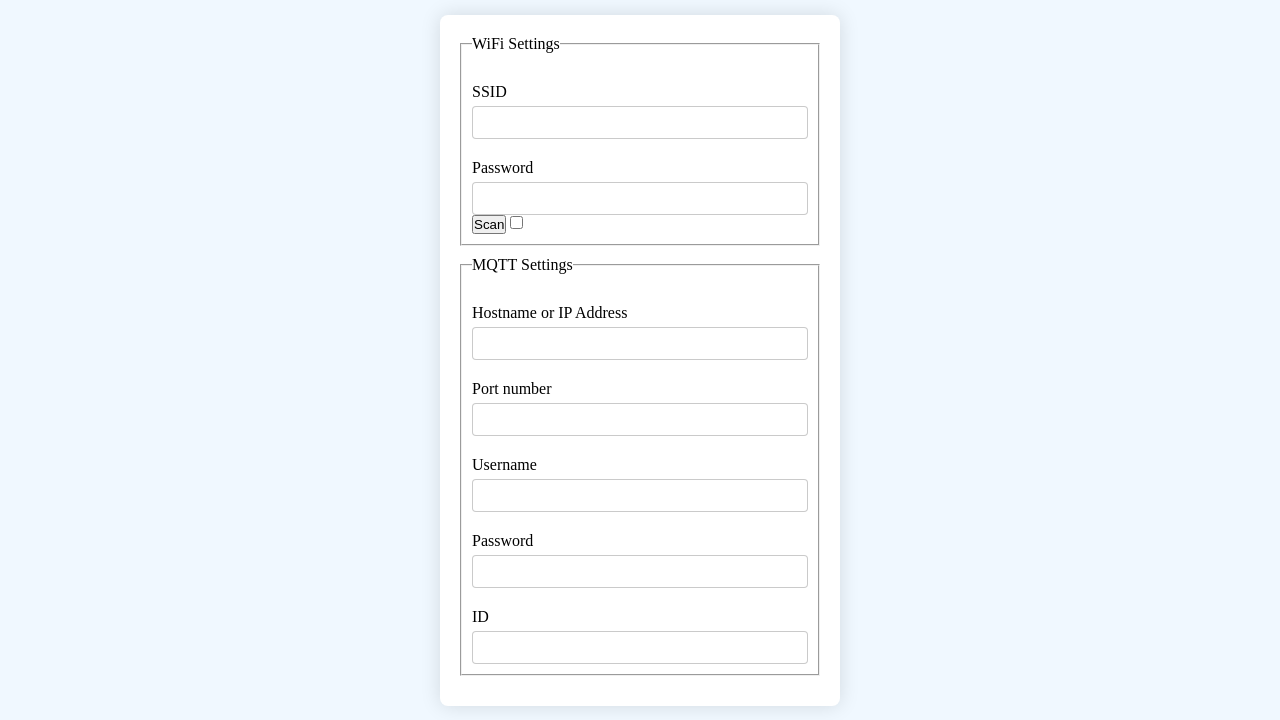
Repository: alex-dow/psikon-weather-station
Page: / (app in webapp/)
An editor plug-in stored every save of this project. The page is shown before and after the next save, followed by the edit.
The browser window is 1280 px wide. The pictures show the whole page.
The project was rebuilt for these pictures with package versions that can differ from the ones it lists, and the page was loaded fresh each time. Also part of the build but not shown: webapp/src/Loader.svelte.

Above is the page before, as saved 2021-12-10 17:23:30.

After the next save:
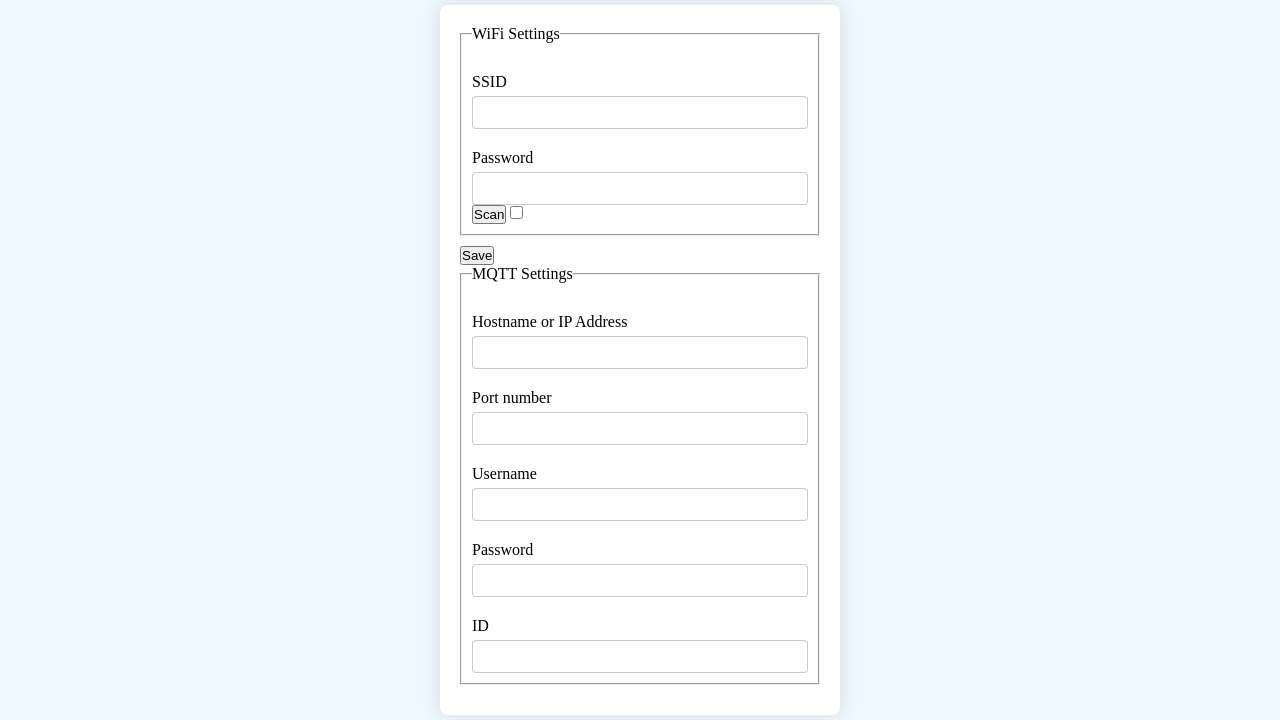
Saved 3 min 14 s later.
--- a/webapp/src/WiFiForm.svelte
+++ b/webapp/src/WiFiForm.svelte
@@ -36,6 +36,7 @@ function onModalClosed() {
 
 </script>
 <WiFiModal open={showWiFiModal} on:closed={onModalClosed}></WiFiModal>
+<form id="wifi-form" action="http://192.168.1.203/wifi-settings" method="POST">
 <fieldset>
   <legend>WiFi Settings</legend>
   <div class="form-group">
@@ -49,3 +50,5 @@ function onModalClosed() {
   <button id="scan_wifi" on:click={onScanClick} type="button">Scan</button>
   <input type="checkbox" id="wifi_include_hidden">
 </fieldset>
+<button type="submit">Save</button>
+</form>
